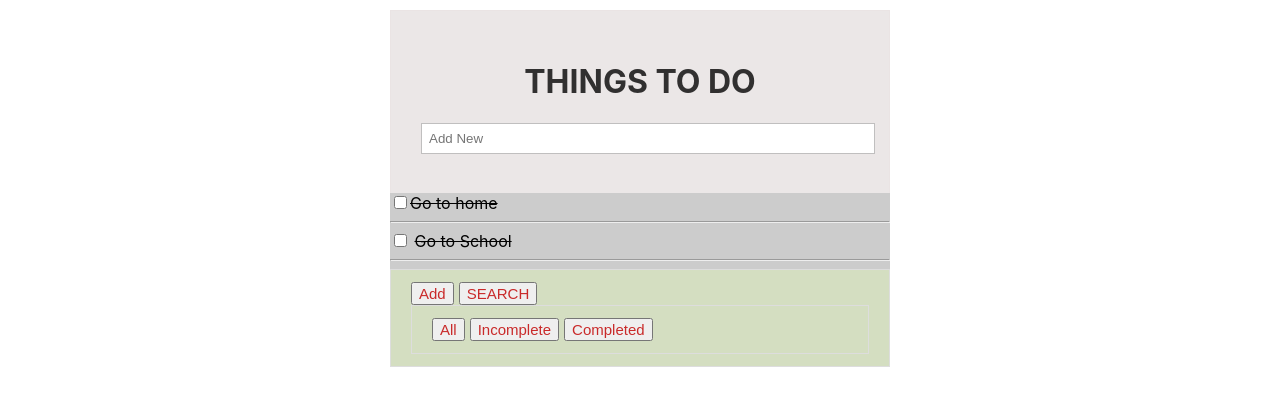
Repository: kirangautam45/To-Do-Application
Page: /
The author's editor kept a copy of each file at every save. The page is drawn from the files as they stood at one save, then again after a run of saves.
The browser window is 1280 px wide. The pictures show the whole page.
The project was rebuilt for these pictures with package versions that can differ from the ones it lists, and the page was loaded fresh each time.

Above is the page before, as saved 2022-08-11 14:18:25.

After the next 3 saves:
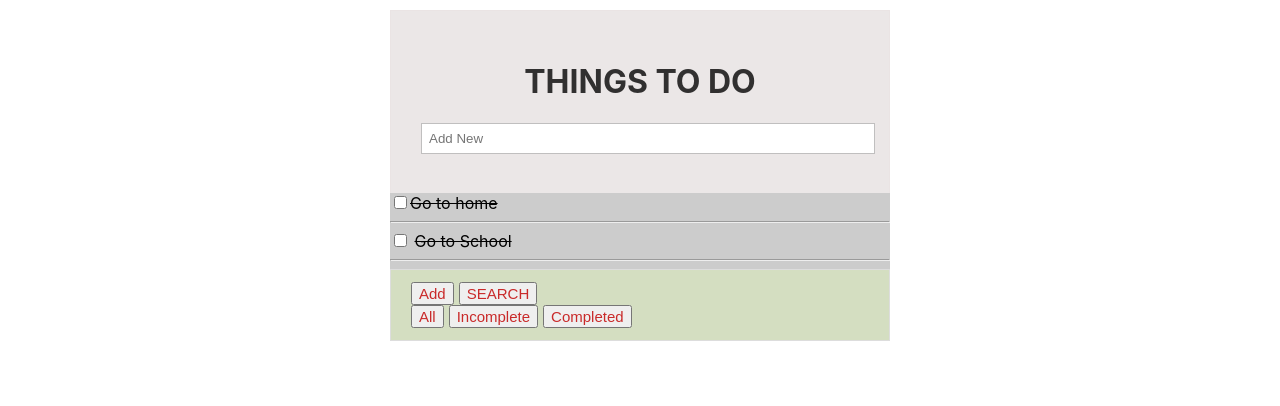
The 3 saves are shown as one change because they came seconds apart.
The last was saved 9 s later.
--- a/src/App.js
+++ b/src/App.js
@@ -20,7 +20,7 @@ function App() {
         <div className="Icon_left">
           <button className="Icon_button">Add</button>
           <button className="Icon_button">SEARCH</button>
-          <div  className="Icon_left">
+          <div  className="Icon_R">
           <button className="Icon_button">All</button>
           <button className="Icon_button">Incomplete</button>
           <button className="Icon_button">Completed</button>
